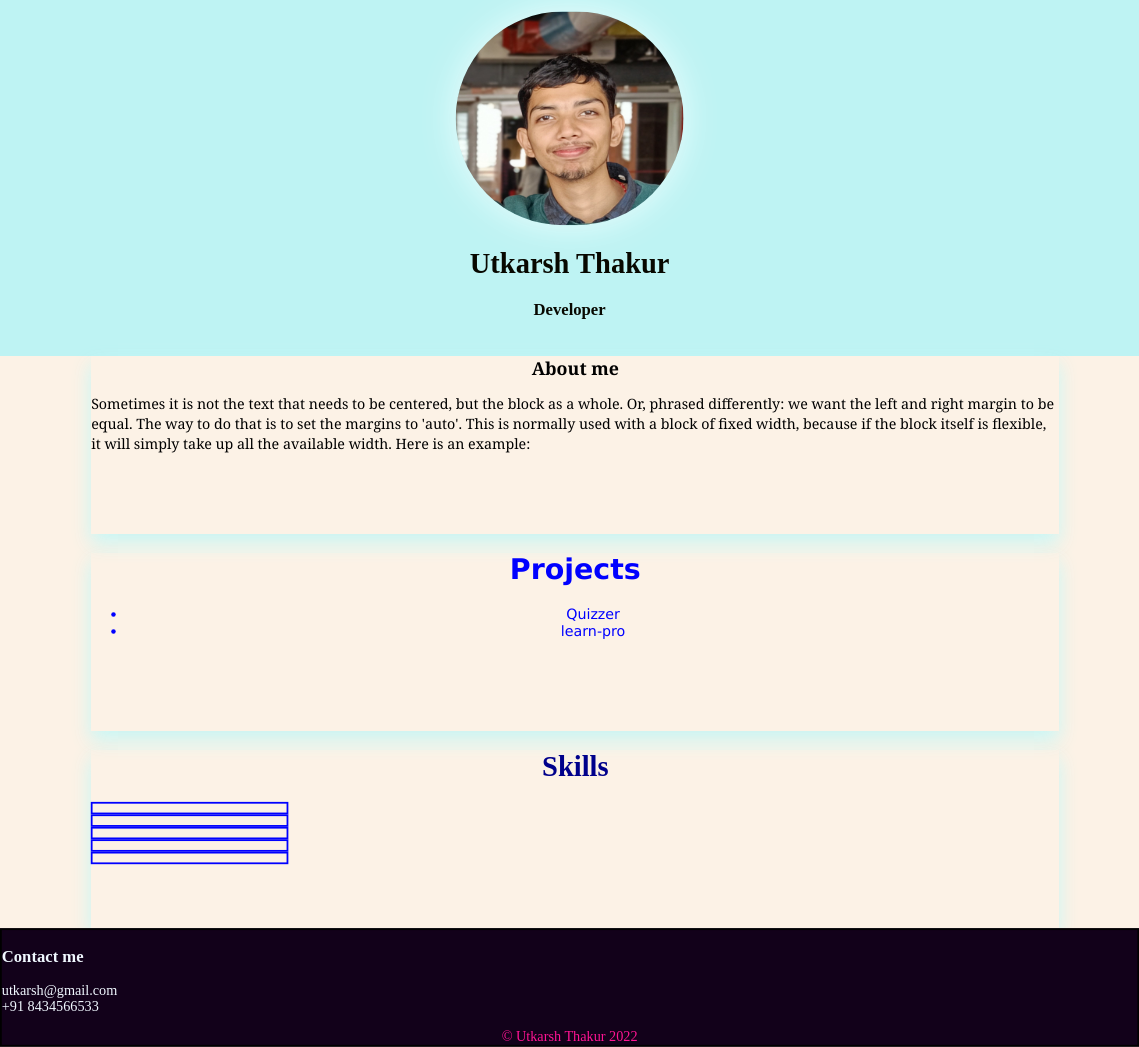
Repository: UtkarshThakur321/Utkarsh-Thakur-Profile
Page: index.html
These files come from the project's save history. The page is drawn as it stood at one moment and after the next save; the edit follows.
The browser window is 1280 px wide. The pictures show the whole page, at 89% of full size.

Above is the page before, as saved 2022-01-22 23:57:09.
Not found: main.js

After the next save:
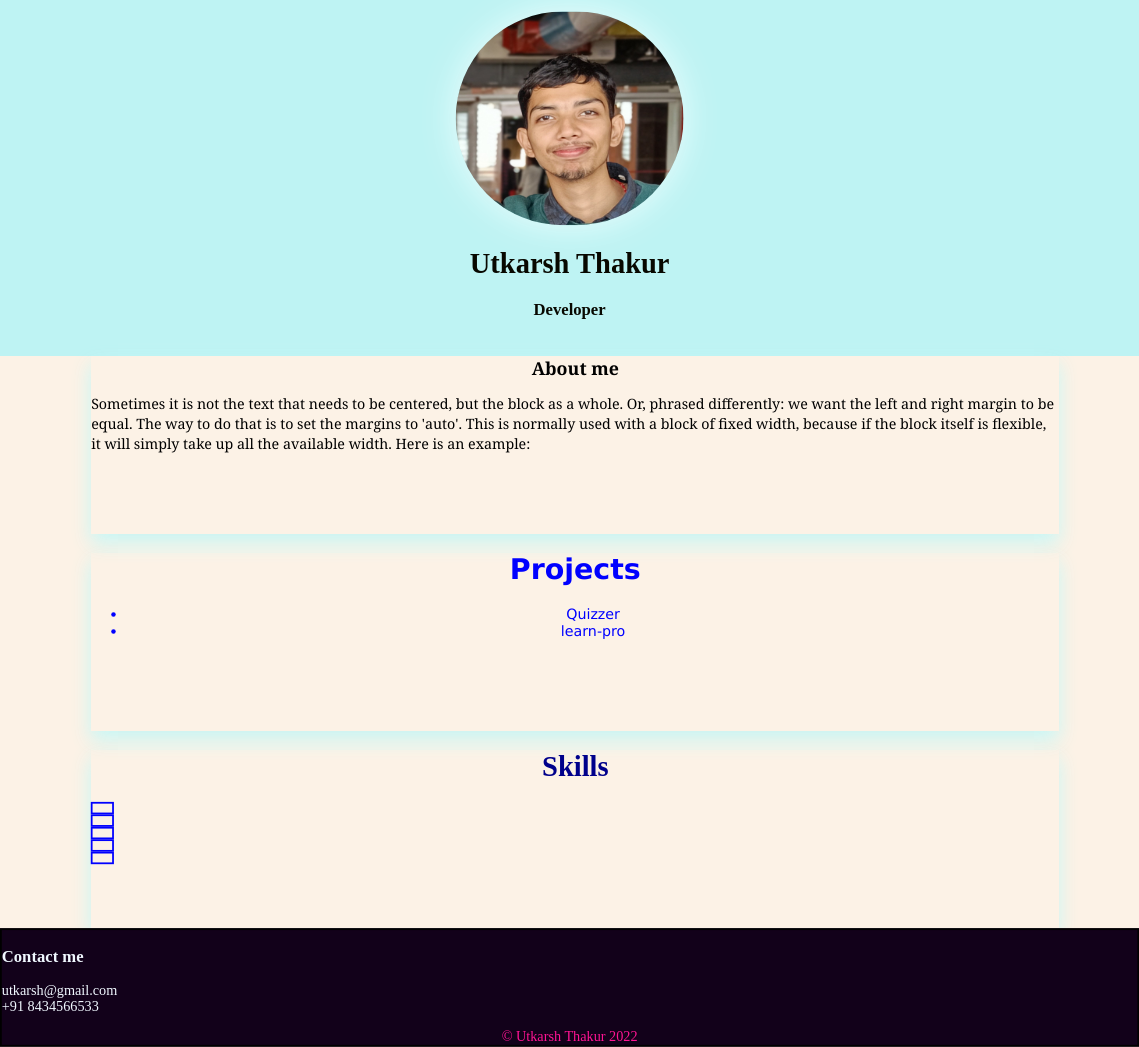
Saved 12 s later.
--- a/index.css
+++ b/index.css
@@ -78,7 +78,7 @@ body{
 }
 .skillsContent{
     height:10px;
-    width:20%;
+    width:2%;
     border:2px solid blue;
 
 }
